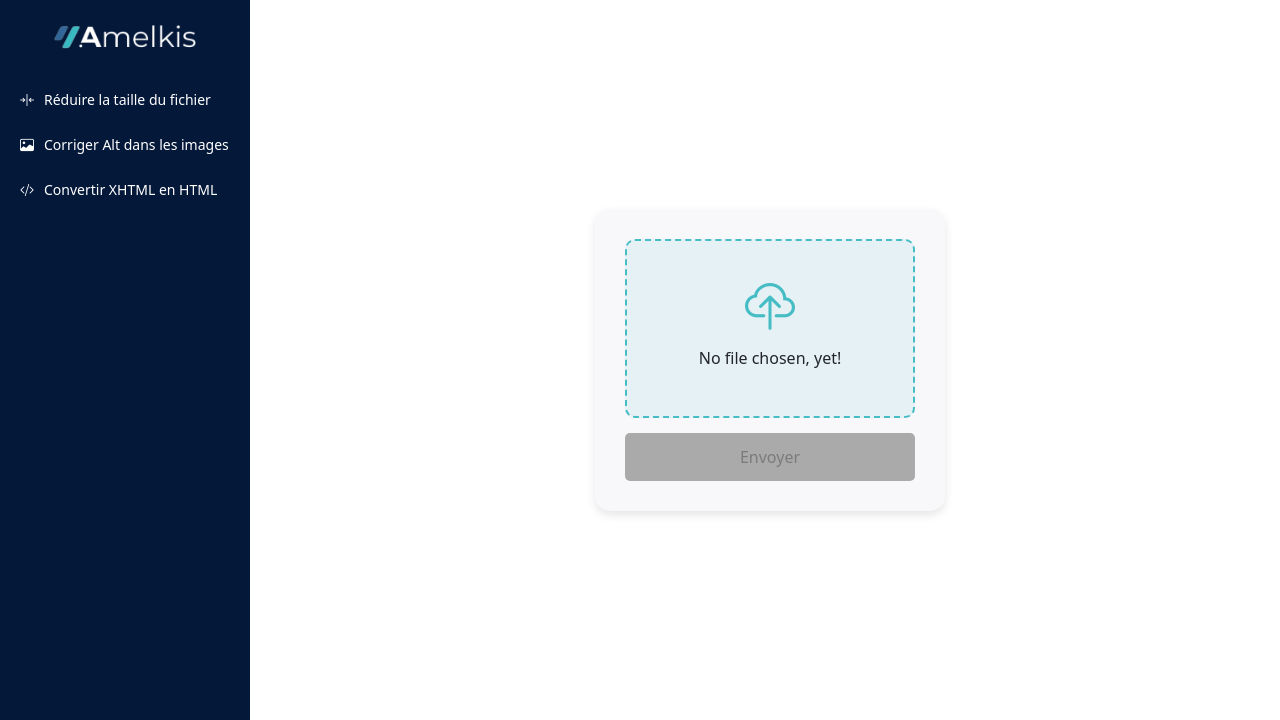
Repository: NorelhoudaB/extra
Page: /reduire (app in frontend/)
These files come from the project's save history. The page is drawn as it stood at one moment and after the next save; the edit follows.
The browser window is 1280 px wide. The pictures show the whole page.
The project was rebuilt for these pictures with package versions that can differ from the ones it lists, and the page was loaded fresh each time. Also part of the build but not shown: frontend/vite.config.ts.

Above is the page before, as saved 2025-03-14 12:33:03.

### frontend/src/main.ts
import { createApp } from 'vue'
import './style.css'
import App from './App.vue'
import "bootstrap/dist/css/bootstrap.min.css";
import "bootstrap/dist/js/bootstrap.bundle.min";
import "bootstrap-icons/font/bootstrap-icons.css";



import router from "./router";
const app = createApp(App);
app.use(router);
app.mount('#app');

### frontend/src/App.vue
<script setup lang="ts">
import Sidebar from "./components/Sidebar.vue";
</script>

<template>
  <div class="app-container">
    <Sidebar />
    <div class="content">
      <router-view />
    </div>
  </div>
</template>

<style scoped>
.app-container {
  display: flex;
}

.content {
  margin-left: 260px;
  padding: 20px;
  width: 100%;
}
</style>

### frontend/src/router/index.ts
import { createRouter, createWebHistory } from 'vue-router';
// import FileUpload from './components/FileUpload.vue';
import FileUpload from "../components/FileUpload.vue";

const routes = [
  { path: '/reduire', component: FileUpload },
  { path: '/fix-alt', component: FileUpload },
  { path: '/convert-xhtml', component: FileUpload }
];

const router = createRouter({
  history: createWebHistory(),
  routes,
});

export default router;

### frontend/src/components/Sidebar.vue
<script setup lang="ts">
import { ref } from "vue";

const selectedOption = ref("");

const selectOption = (option: string) => {
  selectedOption.value = option;
};
</script>

<template>
  <div class="sidebar d-flex flex-column align-items-center">
    <!-- Logo -->
    <div class="logo-container">
      <img src="data:[embedded picture, 25638 characters]" alt="Logo" class="logo" />
    </div>

    <!-- Navigation Links -->
    <ul class="nav flex-column w-100 mt-4">
      <li class="nav-item">
        <a href="/reduire" class="nav-link" >
            <i class="bi bi-arrows-collapse-vertical"></i> Réduire la taille du fichier
        </a>

      </li>
      <li class="nav-item">
        <a href="/fix-alt" class="nav-link" >
          <i class="bi bi-image"></i> Corriger Alt dans les images
        </a>
      </li>
      <li class="nav-item">
        <a href="/convert-xhtml" class="nav-link">
          <i class="bi bi-code-slash"></i> Convertir XHTML en HTML
        </a>
      </li>
    </ul>
  </div>
</template>

<style scoped>
/* Sidebar Styling */
.sidebar {
  width: 250px;
  height: 100vh;
  background-color: #04183a; /* Sidebar Background */
  padding-top: 20px;
  position: fixed;
  left: 0;
  top: 0;
}

/* Logo Styling */
.logo-container {
  text-align: center;
  width: 100%;
}
.logo {
  max-width: 150px;
  height: auto;
}

/* Menu Items */
.nav-item {
  width: 100%;
}
.nav-link {
  color: #ffffff !important; /* White text */
  padding: 12px 20px;
  display: flex;
  align-items: center;
  gap: 10px;
  font-size: 14px;
  transition: background 0.3s;
}

/* Hover Effect */
.nav-link:hover {
  background-color: #0ecfcf !important; /* Hover Color */
  color: #04183a !important;
}
</style>

### frontend/src/components/FileUpload.vue
<template>
  <div class="upload-container" @dragover.prevent @drop="handleDrop">
    <input type="file" id="file-upload" @change="handleFileChange" hidden />
    <label for="file-upload" class="upload-box">
      <div v-if="!selectedFile" >
        <i class="bi bi-cloud-upload upload-icon"></i>
        <p>No file chosen, yet!</p>
      </div>
      <p v-else class="selected-file">{{ selectedFile.name }}</p>
    </label>
    <button @click="uploadFile" :disabled="!selectedFile">Envoyer</button>
  </div>
</template>

<script setup>
import { ref, computed } from 'vue';
import { useRoute } from 'vue-router';
import axios from 'axios';

const selectedFile = ref(null);
const route = useRoute();

const apiEndpoint = computed(() => {
  if (route.path === "/reduire") return "/reduire";
  if (route.path === "/fix-alt") return "/fix-alt";
  return "/";
});

const handleFileChange = (event) => {
  selectedFile.value = event.target.files[0];
};

const handleDrop = (event) => {
  event.preventDefault();
  if (event.dataTransfer.files.length) {
    selectedFile.value = event.dataTransfer.files[0];
  }
};

const uploadFile = async () => {
  if (!selectedFile.value) return;

  const formData = new FormData();
  formData.append("file", selectedFile.value);
  console.log("Uploading:", selectedFile.value);

  try {
    const response = await axios.post(`http://localhost:8998${apiEndpoint.value}`, formData, {
      headers: { "Content-Type": "multipart/form-data" },
    });

    console.log("File uploaded successfully:", response.data);

    if (response.data.download_url) {
      const downloadLink = document.createElement("a");
      downloadLink.href = `http://localhost:8998${response.data.download_url}`;
      downloadLink.setAttribute("download", "");
      document.body.appendChild(downloadLink);
      downloadLink.click();
      document.body.removeChild(downloadLink);
    }
  } catch (error) {
    console.error("File upload failed:", error);
  }
};
</script>

<style scoped>
.upload-container {
  display: flex;
  flex-direction: column;
  align-items: center;
  gap: 15px;
  padding: 30px;
  background-color: #F8F8FA; /* Soft background */
  border-radius: 15px;
  width: 350px;
  text-align: center;
  box-shadow: 0px 4px 10px rgba(0, 0, 0, 0.1);
}

.upload-box {
  width: 100%;
  padding: 30px;
  border: 2px dashed #46BCC5; /* Primary accent */
  border-radius: 10px;
  cursor: pointer;
  display: flex;
  flex-direction: column;
  align-items: center;
  background-color: rgba(70, 188, 197, 0.1);
  transition: background-color 0.3s ease-in-out;
}

.upload-box:hover {
  background-color: rgba(70, 188, 197, 0.2);
}

.upload-icon {
  font-size: 50px;
  color: #46BCC5;
  margin-bottom: 10px;
}

.selected-file {
  font-weight: bold;
  color: #366998;
}

button {
  background-color: #366998;
  padding: 12px 18px;
  border: none;
  border-radius: 5px;
  cursor: pointer;
  width: 100%;
  transition: background-color 0.3s ease-in-out;
}

button:disabled {
  background-color: #aaa;
  cursor: not-allowed;
}

button:hover:not(:disabled) {
  background-color: #46BCC5; /* Lighter hover effect */
}
</style>

Loaded but not shown: frontend/index.html (common file); frontend/src/style.css (common file)

After the next save:
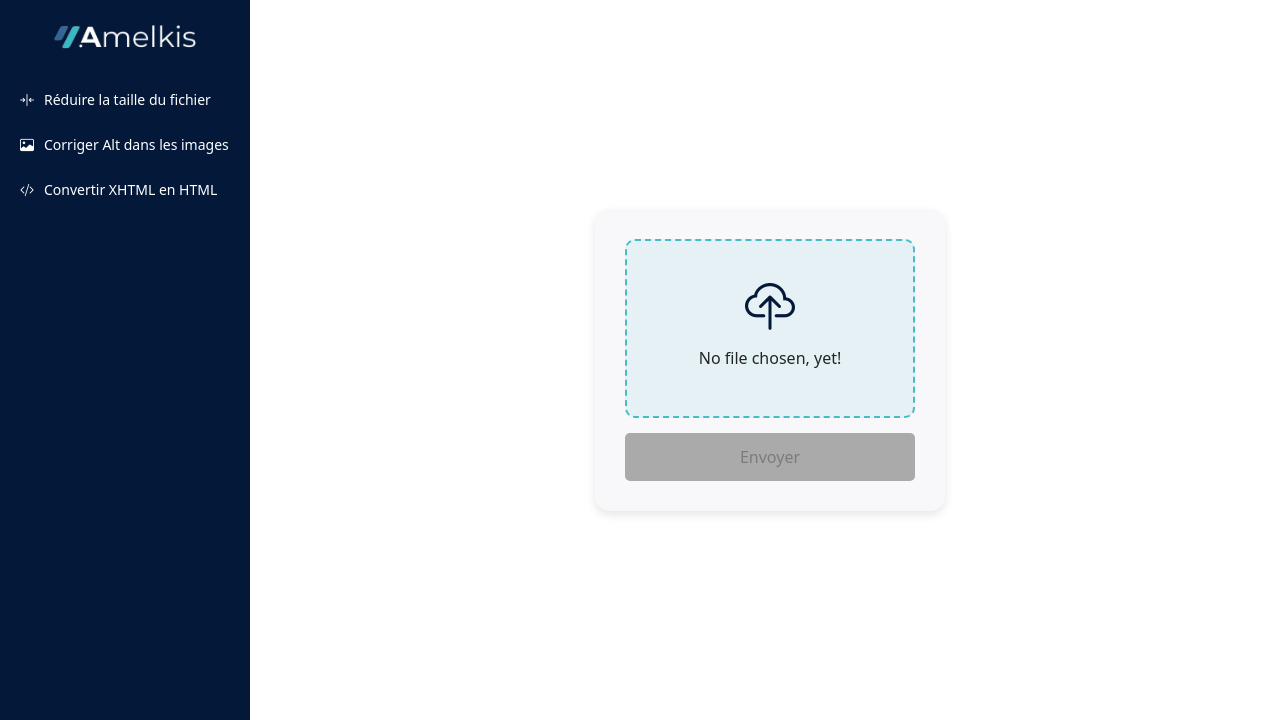
Saved 3 min 28 s later.
--- a/frontend/src/components/FileUpload.vue
+++ b/frontend/src/components/FileUpload.vue
@@ -98,7 +98,7 @@
 
 .upload-icon {
   font-size: 50px;
-  color: #46BCC5;
+  color: #04183A;
   margin-bottom: 10px;
 }
 
